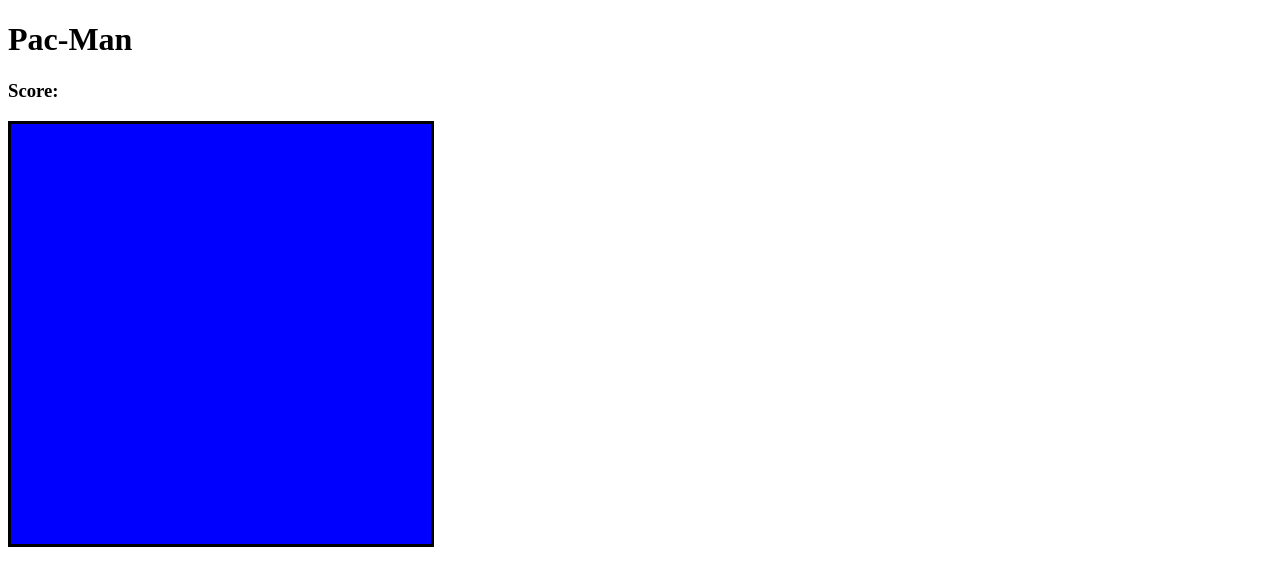
Repository: Bartolomeuss/Pac-man-in-JavaScript
Page: index.html
An editor plug-in stored every save of this project. The page is shown before and after the next save, followed by the edit.
The browser window is 1280 px wide. The pictures show the whole page.

Above is the page before, as saved 2020-12-28 22:33:10.

After the next save:
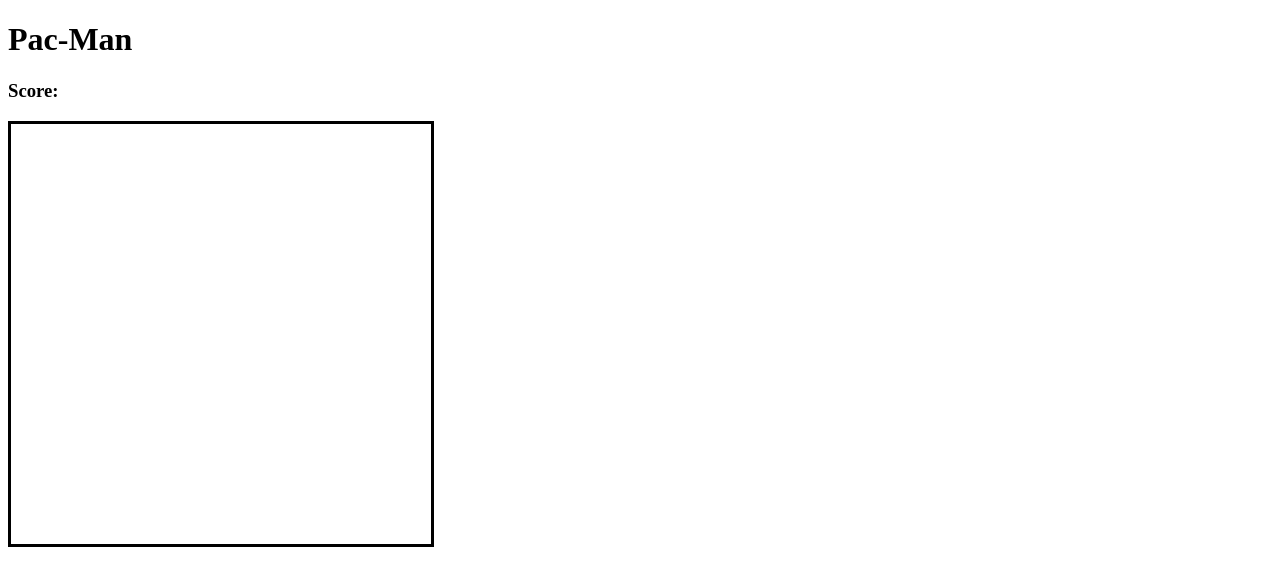
Saved 11 h 34 min later.
--- a/CSS/style.css
+++ b/CSS/style.css
@@ -15,8 +15,7 @@
 .grid div {
   width: 15px;
   height: 15px;
-  background-color: blue;
-}
+
 
 .pac-dot {
   background-color: green;
